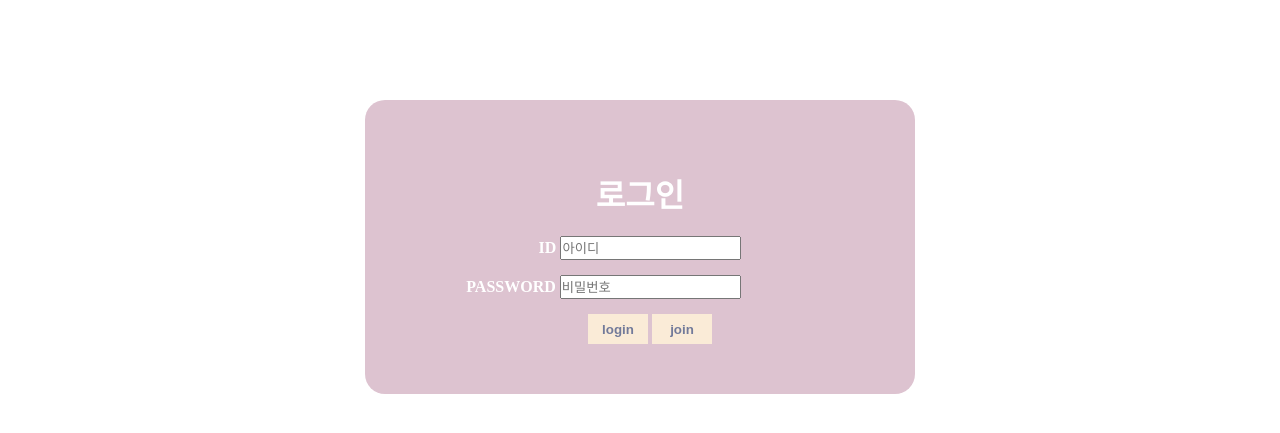
Repository: kayoyo/jsp
Page: http://localhost/BoardWeb_4/login
The author's editor kept a copy of each file at every save. The page is drawn from the files as they stood at one save, then again after the next save.
The browser window is 1280 px wide. The pictures show the whole page.
The page is served by Tomcat 9. Other server files are loaded and not shown.

Above is the page before, as saved 2020-08-28 07:25:28.

### BoardWeb_4/WebContent/WEB-INF/jsp/user/login.jsp
<%@ page language="java" contentType="text/html; charset=UTF-8"
    pageEncoding="UTF-8"%>
<!DOCTYPE html>
<html>
<head>
<meta charset="UTF-8">
<style>
* { margin:0; padding: 0; }
*:focus{
	outline:none;
}
 a {text-decoration:none; color: black;}
 .err {color: #585858;}
 #container {width: 450px; background-color: #ddc3d0;
 			margin: 0 auto; padding:50px; text-align:center; margin-top: 100px; border-radius: 20px 20px 20px 20px;}
 h1 {margin: 20px; color: white;}
 .pw {margin-right: 73px;}
 .pw, .id {color: white; margin-bottom: 15px; font-weight:bold;}
 input {height : 20px;}
 #loginBtn {width: 60px; height: 30px; margin-left: 20px;
 		color: #727A9A; background-color: #faebd7; font-weight:bold; border:none;}
 #joinBtn {width: 60px; height: 30px; display: inline-block;
 		color: #727A9A; background-color: #faebd7; font-weight:bold; border:none; }



</style>
<title>로그인</title>
</head>
<body>
	<div id="container">
		<h1>로그인</h1>
	<div class="err">${msg}</div>
		<form action="/login" method="post" id="logFrom">
	<div class="id">ID
		<input type="text" name="user_id" placeholder="아이디" value="${data.user_id}">
	</div>
	<div class="pw">PASSWORD
		<input type="password" name="user_pw" placeholder="비밀번호">
	</div>
	<div class="btn">
		<button type="submit" id="loginBtn">login</button>
		<button type="button" id="joinBtn" onclick="clkjoin()">join</button>
	</div>
	</form>
	</div>
	<script>
	function clkjoin(){
		location.href = '/join'
	}
	</script>
</body>
</html>

### BoardWeb_4/src/com/koreait/pjt/user/LoginSer.java
package com.koreait.pjt.user;

import java.io.IOException;
import javax.servlet.ServletException;
import javax.servlet.annotation.WebServlet;
import javax.servlet.http.HttpServlet;
import javax.servlet.http.HttpServletRequest;
import javax.servlet.http.HttpServletResponse;
import javax.servlet.http.HttpSession;

import com.koreait.pjt.Const;
import com.koreait.pjt.MyUtils;
import com.koreait.pjt.ViewResolver;
import com.koreait.pjt.db.UserDAO;
import com.koreait.pjt.vo.LoginHistroryVO;
import com.koreait.pjt.vo.UserVO;


@WebServlet("/login")
public class LoginSer extends HttpServlet {
	private static final long serialVersionUID = 1L;


	protected void doGet(HttpServletRequest request, HttpServletResponse response) throws ServletException, IOException {
		if(request.getRemoteAddr().equals("192.168.2.6")) {
			response.sendRedirect("/blockip");
		}

		ViewResolver.forword("user/login", request, response);
	}
	protected void doPost(HttpServletRequest request, HttpServletResponse response) throws ServletException, IOException {

		String user_id = request.getParameter("user_id");
		String user_pw = request.getParameter("user_pw");
		String encrypt_pw = MyUtils.encryptString(user_pw);

		UserVO param = new UserVO();
		param.setUser_id(user_id);
		param.setUser_pw(encrypt_pw);

		int result = UserDAO.login(param); //param의 주소값

		if(result !=1) {
			request.setAttribute("data", param);
			switch(result) {
			case 2 : request.setAttribute("msg", "비밀번호가 다릅니다");
			break;
			case 3 : request.setAttribute("msg", "아이디가 다릅니다");
			break;
			default : request.setAttribute("msg", "로그인을 실패했습니다");
			}
			param = null;
			doGet(request, response);
			return;
		}

		//로그인 히스토리 기록
		String agent = request.getHeader("User-Agent");
		System.out.println("agent : " + agent);
		String os = getOs(agent);
		String browser = getBrowser(agent);
		String ip_addr = request.getRemoteAddr();

		System.out.println("os : " + os);
		System.out.println("browser : " + browser);
		System.out.println("ip_addr : " + ip_addr);

		LoginHistroryVO ulhVO = new LoginHistroryVO();
		ulhVO.setI_user(param.getI_user());
		ulhVO.setOs(os);
		ulhVO.setIp_addr(ip_addr);
		ulhVO.setBrowser(browser);
		UserDAO.insUserLoginHistory(ulhVO);


		HttpSession hs = request.getSession();
		hs.setAttribute(Const.LOGIN_USER, param);

		System.out.println("로그인 성공");
		response.sendRedirect("/board/list");

	}
	private String getBrowser(String agent) {
		if(agent.toLowerCase().contains("msie")) {
			return "IE";
		} else if(agent.toLowerCase().contains("chrome")) {
			return "chrome";
		} else if(agent.toLowerCase().contains("safari")) {
			return "safari";
		}
		return "";
	}
	private String getOs(String agent) {

		if(agent.contains("mac")) {
			return "mac";
		} else if(agent.toLowerCase().contains("windows")) {
			return "windows";
		} else if(agent.toLowerCase().contains("x11")) {
			return "linux";
		} else if(agent.toLowerCase().contains("android")) {
			return "android";
		} else if(agent.toLowerCase().contains("iphone")) {
			return "ios";
		}
		return "";
	}

}

### BoardWeb_4/src/com/koreait/pjt/ViewResolver.java
package com.koreait.pjt;

import java.io.IOException;

import javax.servlet.ServletException;
import javax.servlet.http.HttpServlet;
import javax.servlet.http.HttpServletRequest;
import javax.servlet.http.HttpServletResponse;

public class ViewResolver {
	public static void forword(String fileNm, HttpServletRequest request, HttpServletResponse response) throws ServletException, IOException{
		String jsp = String.format("/WEB-INF/jsp/%s.jsp", fileNm);
		request.getRequestDispatcher(jsp).forward(request, response);

	}

	//로그인 체크
	public static void forwordLoginChk(String fileNm, HttpServletRequest request, HttpServletResponse response) throws ServletException, IOException {

		if(MyUtils.isLogout(request)) {
			response.sendRedirect("/login"); //로그인이 안되어 있을 때
			return;
		}
		ViewResolver.forword(fileNm, request, response);
	}

}

After the next save:
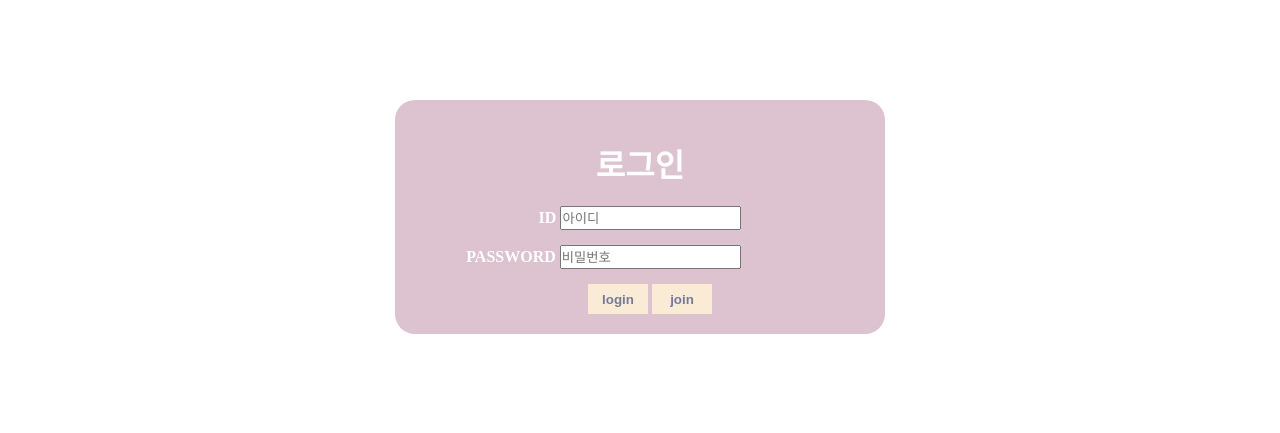
Saved 6 s later.
--- a/BoardWeb_4/WebContent/WEB-INF/jsp/user/login.jsp
+++ b/BoardWeb_4/WebContent/WEB-INF/jsp/user/login.jsp
@@ -12,7 +12,7 @@
  a {text-decoration:none; color: black;}
  .err {color: #585858;}
  #container {width: 450px; background-color: #ddc3d0;
- 			margin: 0 auto; padding:50px; text-align:center; margin-top: 100px; border-radius: 20px 20px 20px 20px;}
+ 			margin: 0 auto; padding:20px; text-align:center; margin-top: 100px; border-radius: 20px 20px 20px 20px;}
  h1 {margin: 20px; color: white;}
  .pw {margin-right: 73px;}
  .pw, .id {color: white; margin-bottom: 15px; font-weight:bold;}
